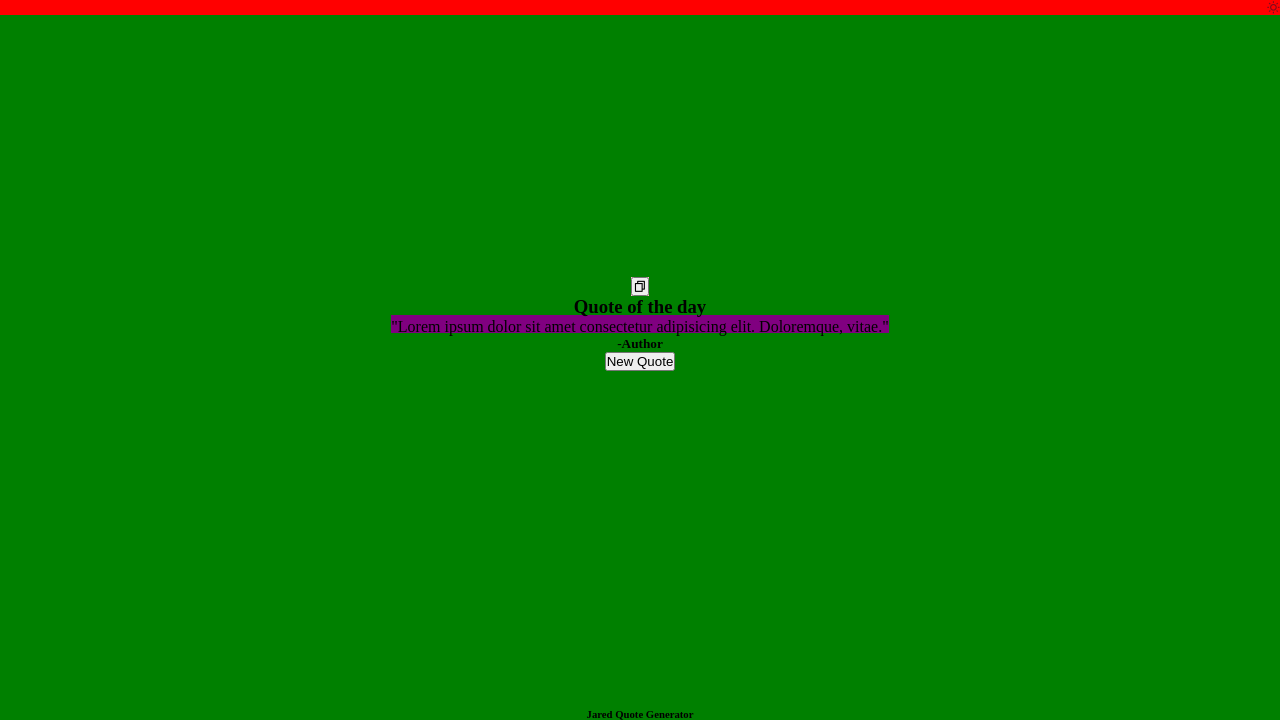
Repository: EguJaredoBoyd/Jared-Quote-Generator
Page: html/main.html
The author's editor kept a copy of each file at every save. The page is drawn from the files as they stood at one save, then again after the next save.
The browser window is 1280 px wide. The pictures show the whole page.
Some web libraries are served in a nearby version.

Above is the page before, as saved 2026-01-09 00:40:48.

### html/main.html
<!DOCTYPE html>
<html lang="en">
  <head>
    <meta charset="UTF-8" />
    <meta name="viewport" content="width=device-width, initial-scale=1.0" />
    <link rel="stylesheet" href="../css/style.css" />
    <script src="../js/main.js" defer></script>
    <link
      href="https://cdn.jsdelivr.net/npm/remixicon@4.8.0/fonts/remixicon.css"
      rel="stylesheet"
    />
    <title>Document</title>
  </head>
  <body>
    <div class="container">
      <header>
        <button><i class="ri-sun-line"></i></button>
      </header>
      <main>
        <div class="quote-container">
          <div class="quote-container__copy">
            <button><i class="ri-file-copy-line"></i></button>
          </div>
          <h3>Quote of the day</h3>
          <p>
            "Lorem ipsum dolor sit amet consectetur adipisicing elit.
            Doloremque, vitae."
          </p>
          <div>
            <h5>-Author</h5>
          </div>
          <div>
            <button>New Quote</button>
          </div>
        </div>
      </main>
      <footer>
        <div>
          <h6>Jared Quote Generator</h6>
        </div>
      </footer>
    </div>
  </body>
</html>

### css/style.css
* {
  margin: 0;
  padding: 0;
  box-sizing: border-box;
}

:root {
  --background-color: #7b0d1e;
  --card-color: #f8e5ee;
  --text-color: black;
  --button-color: var(--background-color);
}

.lighter-theme {
  --background-color: var(--card-color);
  --card-color: var(--background-color);
  --text-color: var(--text-color);
  --button-color: var(--button-color);
}

.container {
  background-color: green;
  height: 100vh;
  display: flex;
  flex-direction: column;
  justify-content: space-between;
  align-items: center;
}

header {
  display: flex;
  justify-content: flex-end;
  background-color: red;
  width: 100%;
}

header button {
  border: none;
  background: none;
  color: var(--button-color);
}

.quote-container {
  background-color: purple;
  display: flex;
  flex-direction: column;
  justify-content: center;
  align-items: center;
  height: 20%;
}

.quote-container__copy {
  background-color: pink;
}

Loaded but not shown: js/main.js (no copy from this time; the picture is the same without it)

After the next save:
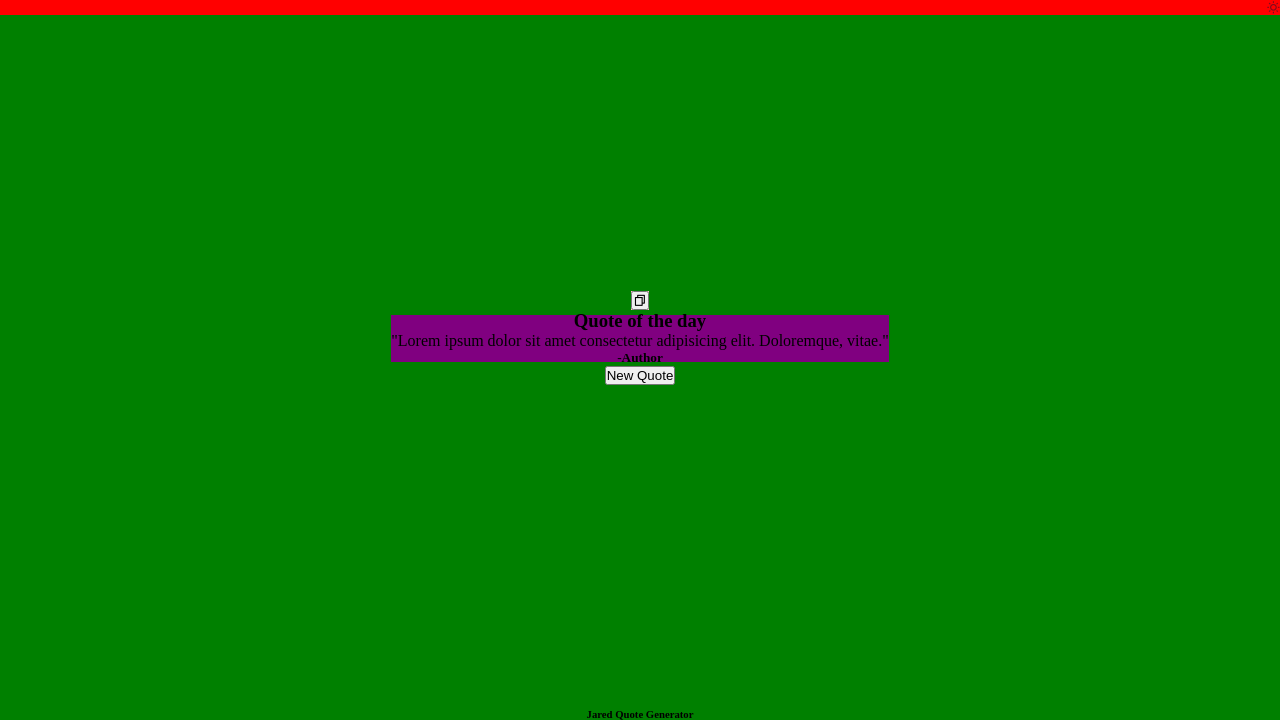
Saved 6 s later.
--- a/css/style.css
+++ b/css/style.css
@@ -46,7 +46,7 @@ header button {
   flex-direction: column;
   justify-content: center;
   align-items: center;
-  height: 20%;
+  height: 50%;
 }
 
 .quote-container__copy {
